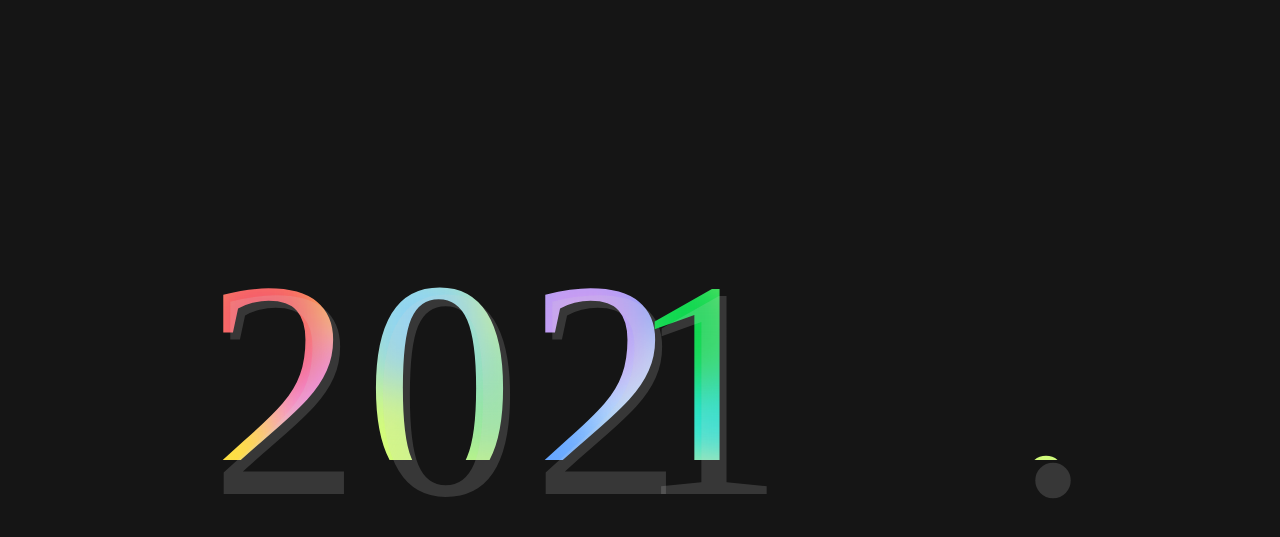
Repository: ramtoppo12/Happy-new-year-2021
Page: index.html
An editor plug-in stored every save of this project. The page is shown before and after the next save, followed by the edit.
The browser window is 1280 px wide. The pictures show the whole page.
Some web fonts or font styles are not loaded; a fallback is used.

Above is the page before, as saved 2020-12-24 23:27:50.

After the next save:
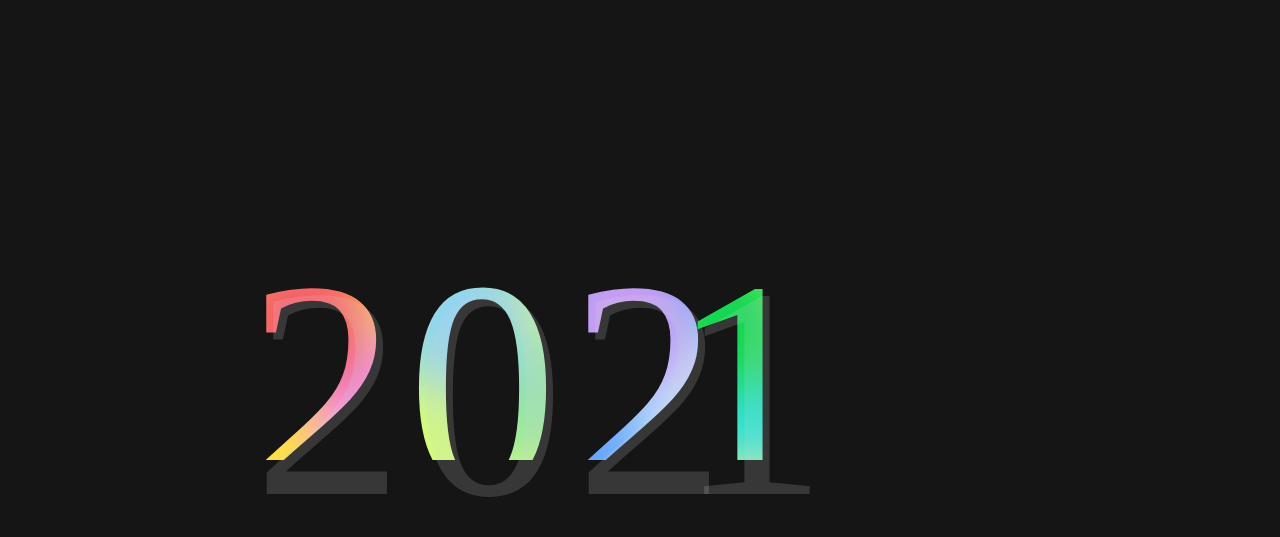
Saved 8 s later.
--- a/index.html
+++ b/index.html
@@ -13,6 +13,5 @@
     <div class="text text-4">0</div>
 
     <div class="text text-5">1</div>
-    <div class="text text-2">.</div>
 </body>
 </html>
